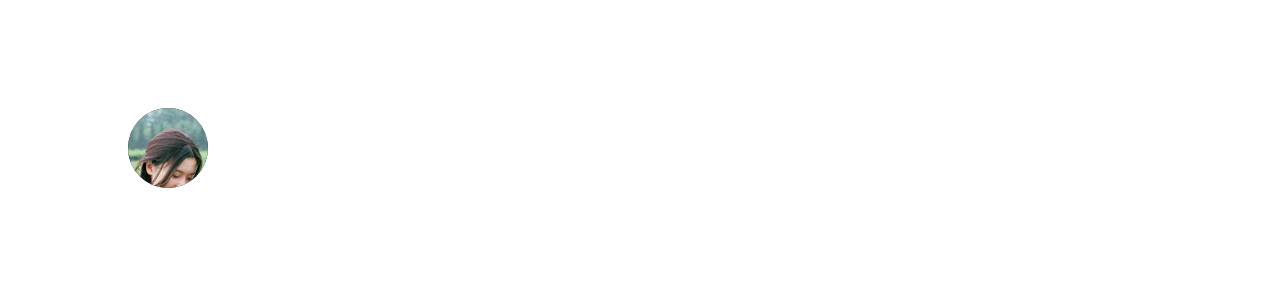
Repository: BlueLionycb/study-demo
Page: canvas-demo/src/index16.html
An editor plug-in stored every save of this project. The page is shown before and after the next save, followed by the edit.
The browser window is 1280 px wide. The pictures show the whole page.

Above is the page before, as saved 2020-01-26 23:29:14.

### canvas-demo/src/index16.html
<!DOCTYPE html>
<html lang="en">
    <head>
        <meta charset="UTF-8">
        <meta name="viewport" content="width=device-width, initial-scale=1.0">
        <meta http-equiv="X-UA-Compatible" content="ie=edge">
        <title>头像切圆</title>
    </head>
    <body>
        <canvas id="myCanvas" height="600" width="600">

        </canvas>

        <script>
        function draw(){
            let canvas=document.getElementById("myCanvas") //画布
            let ctx=canvas.getContext("2d"); //上下文，画笔

            let img= new Image()
            img.src = './img/touxiang.png'

            img.onload = function(){
                ctx.beginPath();
                ctx.arc(160,140,40,0,Math.PI*2)
                ctx.fill()
                ctx.clip()
                ctx.drawImage(this,70,100)
            }
        }

        draw();

    </script>
    </body>
</html>

After the next save:
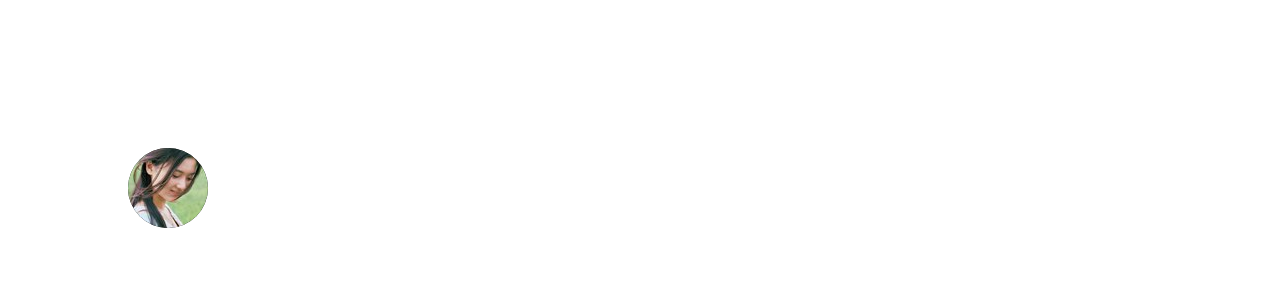
Saved 15 s later.
--- a/canvas-demo/src/index16.html
+++ b/canvas-demo/src/index16.html
@@ -21,7 +21,7 @@
 
             img.onload = function(){
                 ctx.beginPath();
-                ctx.arc(160,140,40,0,Math.PI*2)
+                ctx.arc(160,180,40,0,Math.PI*2)
                 ctx.fill()
                 ctx.clip()
                 ctx.drawImage(this,70,100)
